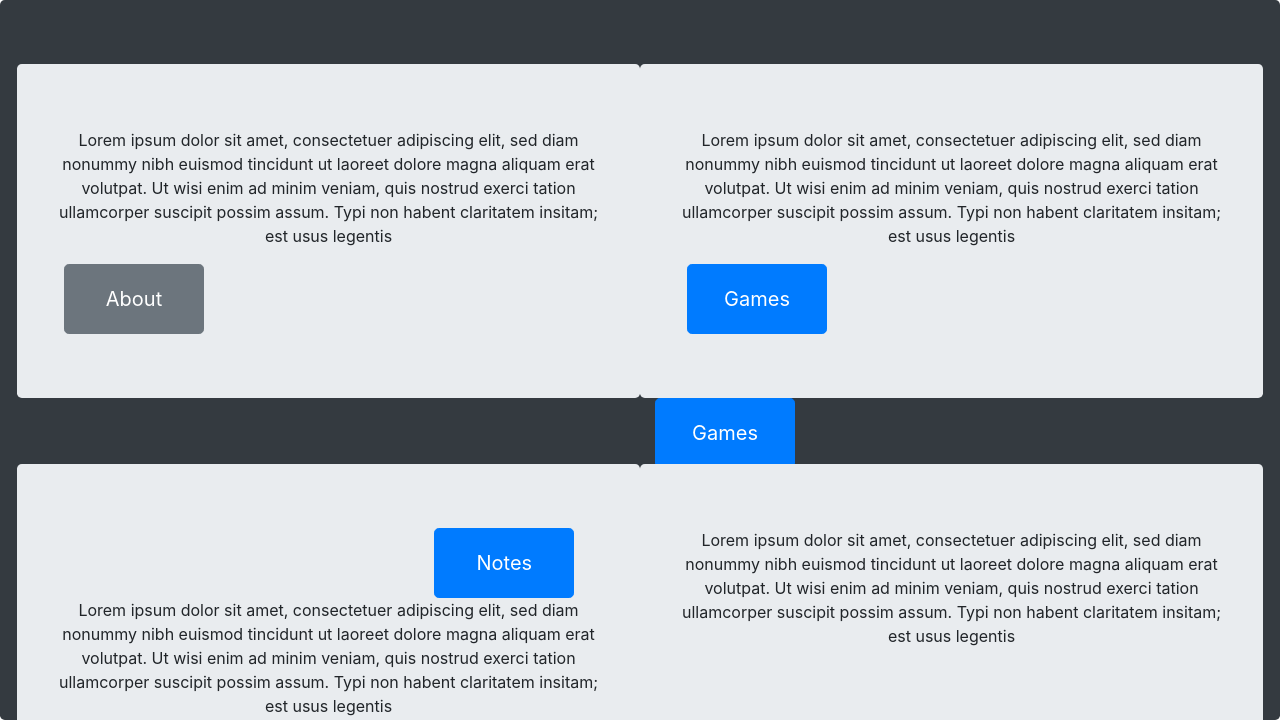
Repository: Kamicoda/Noteblock
Page: index.html
The author's editor kept a record of every edit. The page is drawn from the files as they stood at one moment, then again after the next edit.
The browser window is 1280 px wide. The pictures show the whole page.
Some web libraries are served in a nearby version.

Above is the page before.

### index.html
<!DOCTYPE html>
<html lang="en">

<head>
    <meta charset="UTF-8">
    <meta name="viewport" content="width=device-width, initial-scale=1.0">
    <meta http-equiv="X-UA-Compatible" content="ie=edge">
    <title>Document</title>

    <!--Jquery-->
    <script src="https://code.jquery.com/jquery-3.4.1.min.js" integrity="sha256-CSXorXvZcTkaix6Yvo6HppcZGetbYMGWSFlBw8HfCJo=" crossorigin="anonymous"></script>

    <!--Bootstrap-->
    <link rel="stylesheet" href="https://maxcdn.bootstrapcdn.com/bootstrap/4.2.1/css/bootstrap.min.css" type="text/css" />
    <link rel="stylesheet" href="https://cdnjs.cloudflare.com/ajax/libs/hover.css/2.3.1/css/hover-min.css" type="text/css" />
    <!--Css-->
    <link rel="stylesheet" href="assets/style/style.css" type="text/css" />
    <!--d3,dc,Queue-->
    <!-- <script type="text/javascript" src="static/js/d3.min.js"></script>
    <script type="text/javascript" src="static/js/crossfilter.min.js"></script>
    <script type="text/javascript" src="static/js/dc.min.js"></script>
    <script type="text/javascript" src="static/js/queue.min.js"></script> -->
    <!--Api's-->
    <!--Scripts-->
    <script src="https://kit.fontawesome.com/06adabaaa3.js"></script>
    <script type="text/javascript" src="assets/js/script1.js"></script>
</head>

<body>

    <!--navigation-->
    <div class="jumbotron bg-dark position-fixed w-100 h-100">
        <div class="mainmenu">

            <div class="row navtoprow">

                <div class="col about">
                    <div class="container cabout">
                        <div class="jumbotron">
                            <div class="row">
                                <div class="col">
                                    <p>Lorem ipsum dolor sit amet, consectetuer adipiscing elit, sed diam nonummy nibh euismod tincidunt ut laoreet dolore magna aliquam erat volutpat. Ut wisi enim ad minim veniam, quis nostrud exerci tation ullamcorper suscipit
                                        possim assum. Typi non habent claritatem insitam; est usus legentis
                                    </p>
                                    <div class="col align-bottom right">
                                        <button type="button" class="btn btn-secondary btn-lg babout content-end ">About</button>
                                    </div>
                                </div>
                            </div>
                        </div>
                    </div>
                </div>

                <div class="col-6 games">
                    <div class="container cgames">
                        <div class="jumbotron">
                            <div class="row">
                                <div class="col">
                                    <p>Lorem ipsum dolor sit amet, consectetuer adipiscing elit, sed diam nonummy nibh euismod tincidunt ut laoreet dolore magna aliquam erat volutpat. Ut wisi enim ad minim veniam, quis nostrud exerci tation ullamcorper suscipit
                                        possim assum. Typi non habent claritatem insitam; est usus legentis
                                    </p>
                                    <div class="col">
                                        <button type="button" class="btn btn-primary btn-lg bgames ">Games</button>
                                    </div>
                                </div>

                            </div>

                        </div>

                        <div class="col">
                            <button type="button" class="btn btn-primary btn-lg bgames ">Games</button>
                        </div>
                    </div>
                </div>
            </div>

            <div class="row navbottomrow">

                <div class="col-6 notes">
                    <div class="container cnotes ">
                        <div class="jumbotron">
                            <div class="row">
                                <div class="col">
                                    <div class="col">
                                        <button type="button" class="btn btn-primary btn-lg bnotes justify-content-end ">Notes</button>
                                    </div>
                                    <p>Lorem ipsum dolor sit amet, consectetuer adipiscing elit, sed diam nonummy nibh euismod tincidunt ut laoreet dolore magna aliquam erat volutpat. Ut wisi enim ad minim veniam, quis nostrud exerci tation ullamcorper suscipit
                                        possim assum. Typi non habent claritatem insitam; est usus legentis
                                    </p>
                                </div>
                            </div>
                        </div>


                    </div>
                </div>

                <div class="col-6 links">
                    <div class="container clinks align-top">
                        <div class="jumbotron">
                            <div class="row">
                                <div class="col">
                                    <p>Lorem ipsum dolor sit amet, consectetuer adipiscing elit, sed diam nonummy nibh euismod tincidunt ut laoreet dolore magna aliquam erat volutpat. Ut wisi enim ad minim veniam, quis nostrud exerci tation ullamcorper suscipit
                                        possim assum. Typi non habent claritatem insitam; est usus legentis
                                    </p>
                                </div>
                            </div>
                        </div>

                        <div class="col">
                            <button type="button" class="btn btn-secondary btn-lg blinks ">Links</button>
                        </div>
                    </div>
                </div>
            </div>
        </div>

    </div>

</body>
<footer>

</footer>

</html>

### assets/style/style.css
/* Palette URL: http://paletton.com/#uid=a3K0o0k6J95irOtlmmkmW6wBrbb */

/* Feel free to copy&paste color codes to your application */

/* As RGBa codes */

.rgba-primary-0 {
    color: rgba( 39, 42, 48, 1)
}

/* Main Primary color */

.rgba-primary-1 {
    color: rgba(107, 144, 222, 1)
}

.rgba-primary-2 {
    color: rgba( 48, 70, 119, 1)
}

.rgba-primary-3 {
    color: rgba( 12, 19, 35, 1)
}

.rgba-primary-4 {
    color: rgba( 5, 22, 59, 1)
}

.rgba-complement-0 {
    color: rgba( 72, 63, 57, 1)
}

/* Main Complement color */

.rgba-complement-1 {
    color: rgba(255, 166, 108, 1)
}

.rgba-complement-2 {
    color: rgba(178, 106, 59, 1)
}

.rgba-complement-3 {
    color: rgba( 52, 29, 15, 1)
}

.rgba-complement-4 {
    color: rgba( 89, 35, 0, 1)
}



/* Generated by Paletton.com © 2002-2014 */

/* http://paletton.com */

/*Colors*/

.bg-dark {
    background-color: rgb(39, 42, 48);
}

.bg-light {
    background-color: rgb(107, 144, 222);
}

/*background*/

.jumbotron {
    margin: 0;
    width: 100%;
}

.mainmenu {
    text-align: center;
    border-width: 500;
    border-height: 300;
    height: auto;
}

.about {
    padding: 0;
}

.games {
    padding: 0;
}

.notes {
    padding: 0;
}

.links {
    padding: 0;
}
.cabout {
    height: 400px;
    width: 100%;
    padding: 0;
}
.cgames {
    height: 400px;
    width: 100%;
    padding: 0;
}
.cnotes {
    height: 400px;
    width: 100%;
    padding: 0;
}
.clinks {
    height: 400px;
    width: 100%;
    padding: 0;
}
/*navigation*/

.buttons {
    margin-left: 500px;
    margin-top: 300px;
}

.babout {
    display: block;
    width: 140px;
    height: 70px;
}

.bgames {
    display: block;
    width: 140px;
    height: 70px;
}

.bnotes {
    display: block;
    width: 140px;
    height: 70px;
    margin-left:70%;
}

.blinks {
    display: block;
    width: 140px;
    height: 70px;
}

Loaded but not shown: assets/js/script1.js (no copy from this time; the picture is the same without it)

After the next edit:
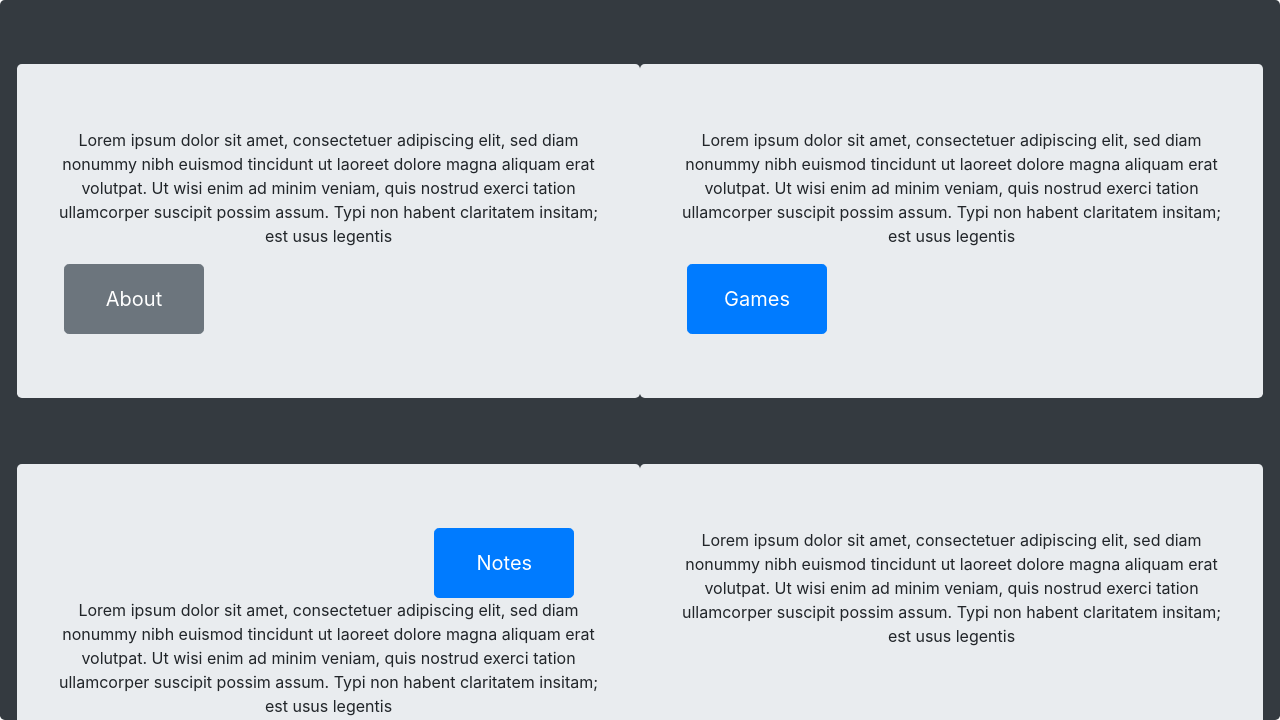
The edit:
--- a/index.html
+++ b/index.html
@@ -63,13 +63,7 @@
                                         <button type="button" class="btn btn-primary btn-lg bgames ">Games</button>
                                     </div>
                                 </div>
-
                             </div>
-
-                        </div>
-
-                        <div class="col">
-                            <button type="button" class="btn btn-primary btn-lg bgames ">Games</button>
                         </div>
                     </div>
                 </div>
